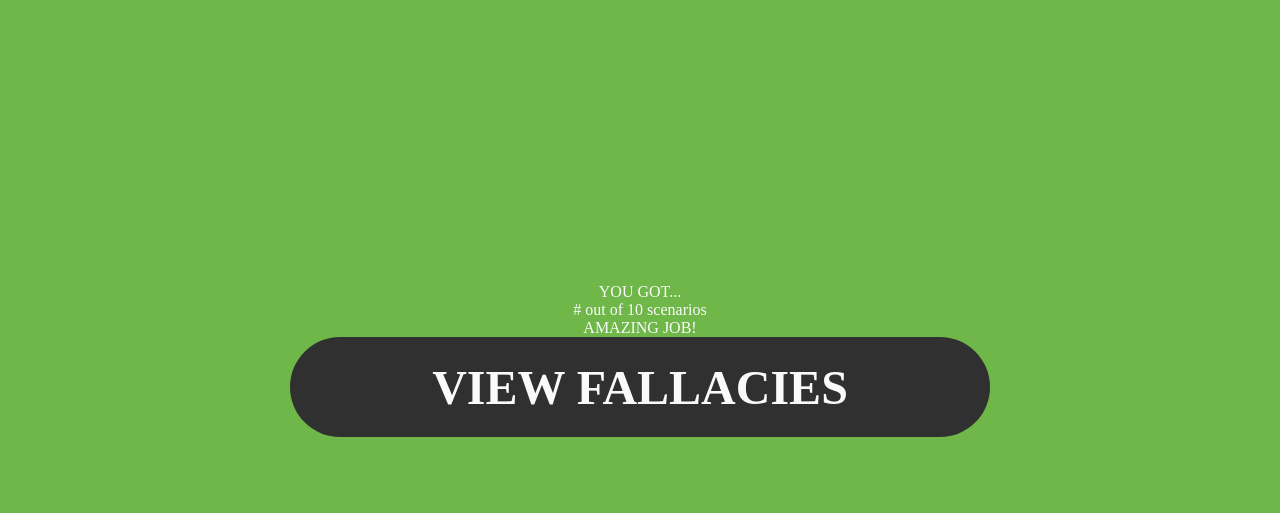
Repository: cindyvunguyen/fallacy
Page: index.html
An editor plug-in stored every save of this project. The page is shown before and after the next save, followed by the edit.
The browser window is 1280 px wide. The pictures show the whole page.
Some web fonts or font styles are not loaded; a fallback is used.

Above is the page before, as saved 2020-03-12 17:06:16.

### index.html
<!DOCTYPE html>
<html lang="en">
<head>
    <meta charset="UTF-8">
    <meta name="viewport" content="width=device-width, initial-scale=1.0">
    <title>FALLACIES</title>
    <link href="style.css" rel="stylesheet" type="text/css">
</head>
<body>
    <div id="app">

        <!-- CINDY START -->

        <div id="home-page"></div>

        <div id="lets-start-page"></div>

        <div id="question-page"></div>

        <!-- CINDY END -->

        <!-- SOPHIA START -->

        <div id="correct-page">
            <div id="icon"></div>
            <div id="cp-text1">HORRAY!</div>
            <div id="cp-a-outcome">
                <div id="cp-text2">You avoided the</div>
                <div id="cp-fallacy">BANDWAGON FALLACY</div>
                <div id="cp-text2">which is</div>
            </div>
            <div id="cp-definition">Listening to what is popular instead of listening to yourself.</div>
            <button class="white-button">NEXT QUESTION</button>
        </div>

        <div id="incorrect-page">
            <div id="icon"></div>
            <div id="cp-text1">OH NO!</div>
            <div id="cp-a-outcome">
                <div id="cp-text2">You committed the</div>
                <div id="cp-fallacy">BANDWAGON FALLACY</div>
                <div id="cp-text2">which is</div>
            </div>
            <div id="cp-definition">Listening to what is popular instead of listening to yourself.</div>
            <button class="white-button">NEXT QUESTION</button>
        </div>

        <!-- the two above pages technically have the same HTML. so you can only have 1 div and change the CSS through JS. it's entirely up to you. -->

        <div id="results-page">
            <div id="rp-message">YOU GOT...</div>
            <div id="rp-results"># out of 10 scenarios</div>
            <div id="rp-message">AMAZING JOB!</div>
            <button class="grey-button">VIEW FALLACIES</button>
        </div>

        <div id="game-over-page"></div>

        <!-- the two above pages technically have the same HTML, so you can only have 1 div and change the CSS through JS. it's entirely up to you. -->

        <!-- SOPHIA END -->

        <!-- CHLOE START -->

        <div id="review-page"></div>

        <div id="review2-page"></div>

        <div id="fallacy-review-page"></div>

        <div id="three-fallacies-page"></div>
        <!-- change the page's content with JS to show all three fallacies when clicked -->

        <!-- CHLOE END -->
        <script src="js.js"></script>
    </div>
</body>
</html>

### style.css
body {
    margin: 0;
}

#app {
    width: 100vw;
    height: 100vh;
    font-family: Visby;
    background-color: #468091;
    color: #FAFAFA;
}

@font-face {
    font-family: Visby;
    src: url(fonts/VisbyRoundCF-Regular.otf) format("woff");
}

@font-face {
    font-family: Visby;
    src: url(fonts/VisbyRoundCF-ExtraBold.otf) format("woff");
    font-weight: bold;
}

.pink-button {
    height: 100px;
    width: 700px;
    background-color: #ed2265;
    border: 0px;
    border-radius: 75px;
    font-family: Visby;
    font-weight: bold;
    font-size: 36pt;
    color: #FAFAFA;
    outline: 0;
}

.pink-button:active {
    background-color: #9c1542;
}

.white-button {
    height: 100px;
    width: 700px;
    background-color: #FAFAFA;
    border: 0px;
    border-radius: 75px;
    font-family: Visby;
    font-weight: bold;
    font-size: 36pt;
    color: #303030;
    outline: 0;
}

.white-button:active {
    background-color: #9e9e9e;
}

.grey-button {
    height: 100px;
    width: 700px;
    background-color: #303030;
    border: 0px;
    border-radius: 75px;
    font-family: Visby;
    font-weight: bold;
    font-size: 36pt;
    color: #FAFAFA;
    outline: 0;
}

.grey-button:active {
    background-color: #000000;
}

/* CINDY START */

/* CINDY END */

/* SOPHIA START */

/* correct page */
#correct-page {
    width: 100vw;
    height: 100vh;
    /* display: flex; */
    display: none;
    flex-direction: column;
    align-items: center;
    justify-content: center;
    background-color: #6eb748; /* incorrect, change to #860000*/
}

#icon {
    background-color: olive;
    width: 150px;
    height: 150px;
    border-radius: 50%;
}

#cp-text1 {
    font-size: 36pt;
    font-weight: bold;
    padding: 35px 0;
}

#cp-text2 {
    font-size: 16pt;
    font-weight: bold;
}

#cp-fallacy {
    font-size: 36pt;
    font-weight: bold;
}

#cp-definition {
    font-size: 16pt;
    line-height: 150px;
}

#cp-a-outcome {
    line-height: 60px;
    display: flex;
    flex-direction: column;
    align-items: center;
    justify-content: center;
}

/* icorrect page */
#incorrect-page {
    width: 100vw;
    height: 100vh;
    /* display: flex; */
    display: none;
    flex-direction: column;
    align-items: center;
    justify-content: center;
    background-color: #860000;
}

#incorrect-icon {
    background-color: olive;
    width: 150px;
    height: 150px;
    border-radius: 50%;
}

#ip-text1 {
    font-size: 36pt;
    font-weight: bold;
    padding: 35px 0;
}

#ip-text2 {
    font-size: 16pt;
    font-weight: bold;
}

#ip-fallacy {
    font-size: 36pt;
    font-weight: bold;
}

#ip-definition {
    font-size: 16pt;
    line-height: 150px;
}

#ip-a-outcome {
    line-height: 60px;
    display: flex;
    flex-direction: column;
    align-items: center;
    justify-content: center;
}

/* results page */
#results-page {
    width: 100vw;
    height: 100vh;
    display: flex;
    /* display: none; */
    flex-direction: column;
    align-items: center;
    justify-content: center;
    background-color: #6eb748; /* incorrect, change to #860000*/
}

/* SOPHIA END */

/* CHLOE START */

/* CHLOE END */

### js.js
// CINDY START

// CINDY END

// SOPHIA START

// SOPHIA END

// CHLOE START

// CHLOE END

After the next save:
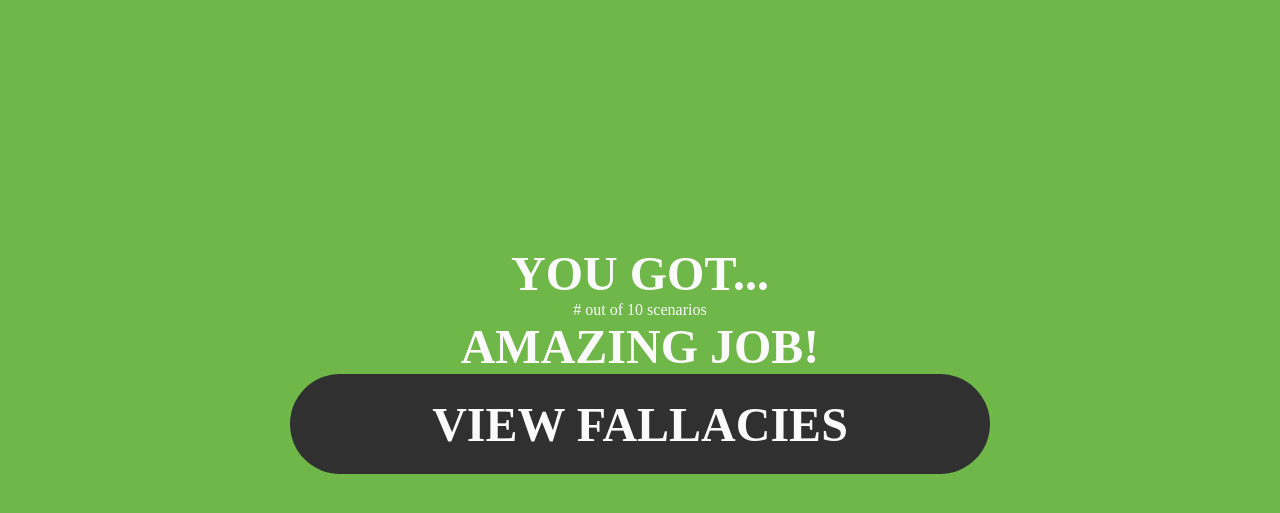
Saved 38 s later.
--- a/style.css
+++ b/style.css
@@ -186,6 +186,10 @@ body {
     background-color: #6eb748; /* incorrect, change to #860000*/
 }
 
+#rp-message {
+    font-size: 36pt;
+    font-weight: bold;
+}
 /* SOPHIA END */
 
 /* CHLOE START */
